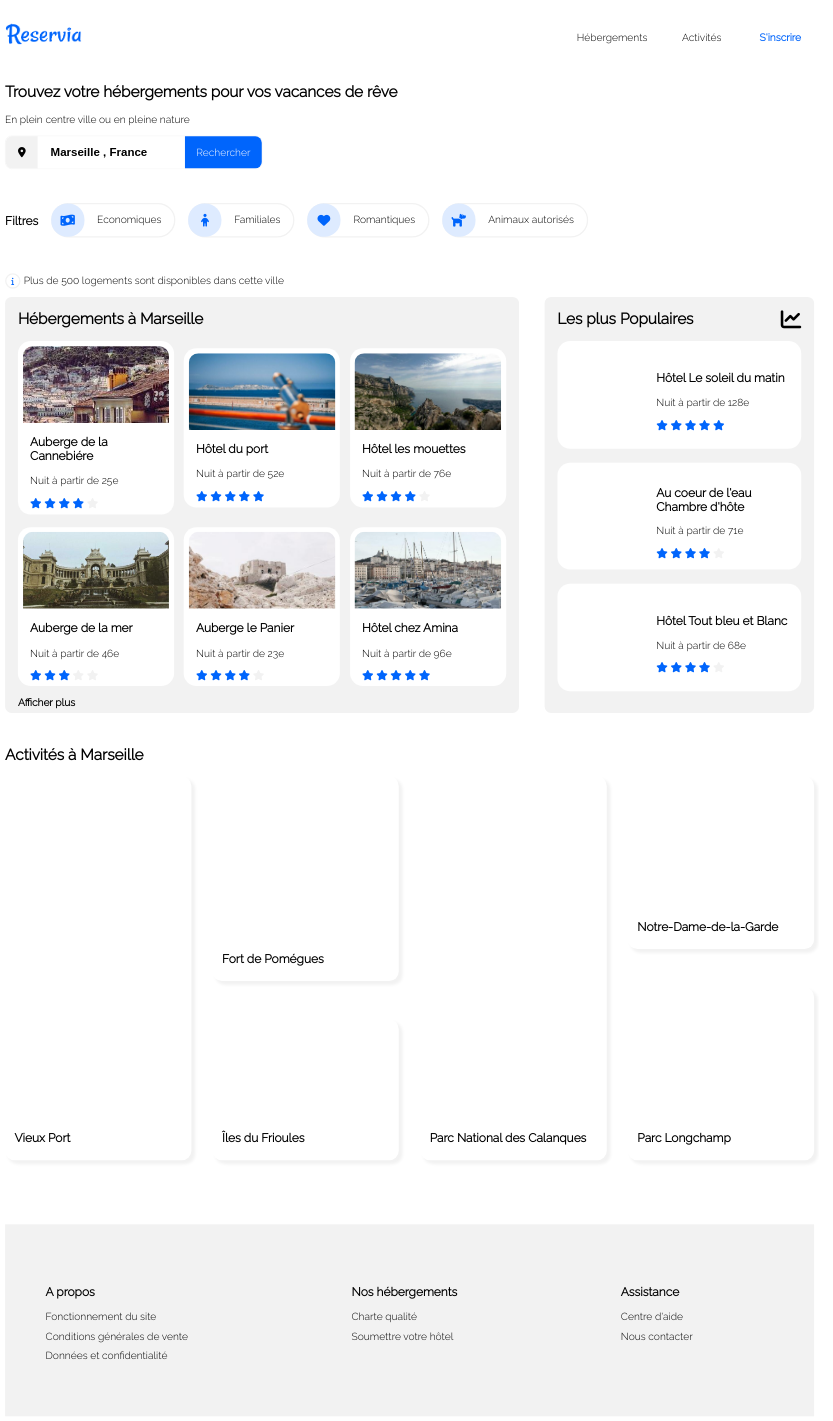
Repository: jaydeeonghub/DYLANBARBARISI_2_16062021
Page: index.html
The author's editor kept a copy of each file at every save. The page is drawn from the files as they stood at one save, then again after the next save.
The browser window is 1280 px wide. The page is 1280 px wide, then 1302 px, so the pictures cover 1302 px, including what lies to the right of the window. The pictures show the whole page, at 64% of full size.
Some web libraries are served in a nearby version.

Above is the page before, as saved 2021-07-14 19:30:55.

After the next save:
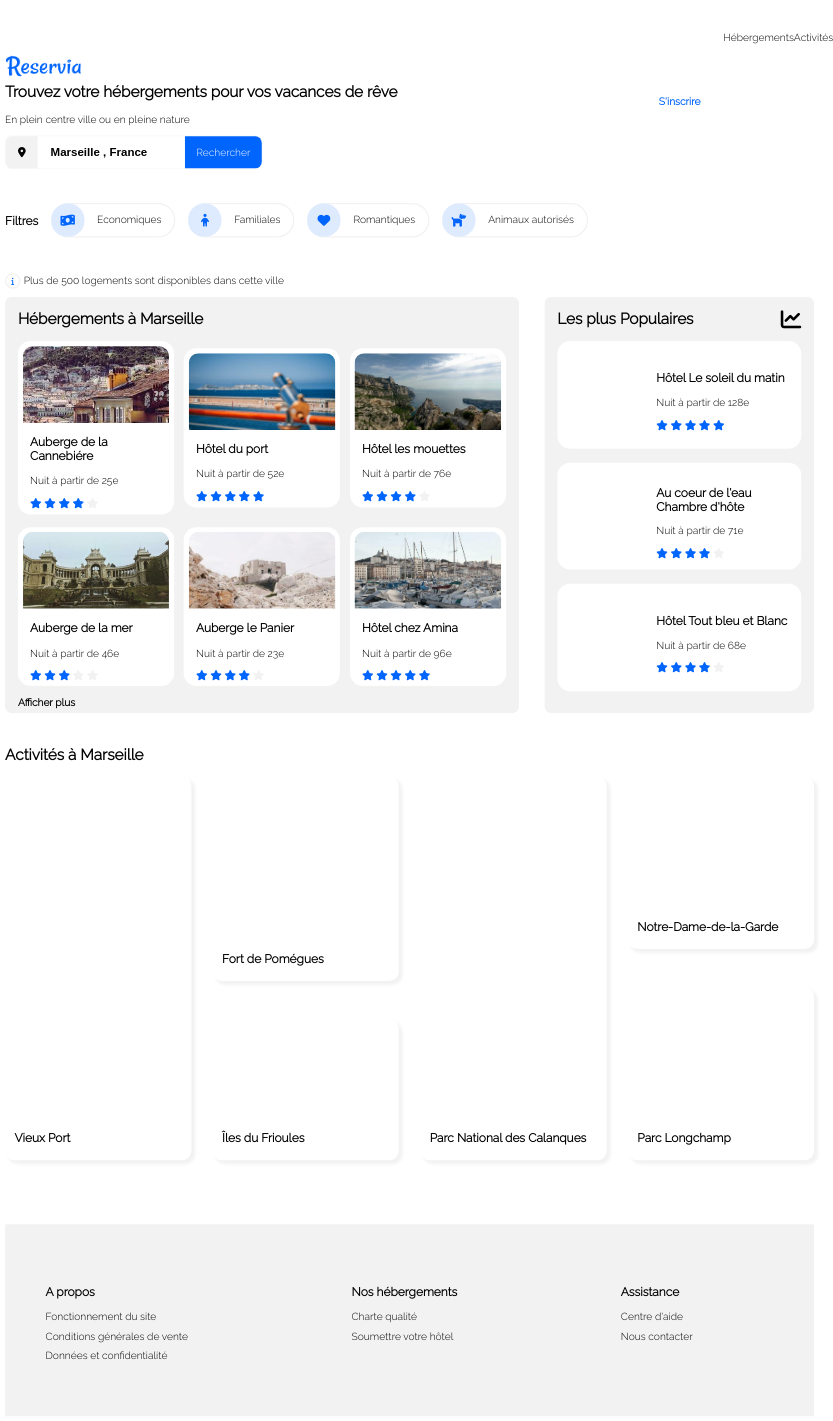
Saved 57 min 6 s later.
--- a/index.html
+++ b/index.html
@@ -12,6 +12,7 @@
     <title>Reservia</title>
 </head>
 <body>
+  <header>
   <nav class="sizeNav">
     <div class="sizeLiens flexBetween">
       <div>
@@ -23,6 +24,7 @@
           height="50px"
         />
       </div>
+      <div>
       <div class="sizeLien12 flexCentre">
         <div class="sizeLien flexCentre bordureNav">
           <a class="colorLien2 decorationNone" href="#hebergements"
@@ -37,9 +39,11 @@
         <a class="texteGras colorBleu decorationNone" href="#">S'inscrire</a>
       </div>
     </div>
+    </div>
   </nav>
-  <header>
-    <section>
+</header>
+<main>
+<section>
       <div>
         <h1 class="texteGras">
           Trouvez votre hébergements pour vos vacances de rêve
@@ -91,7 +95,6 @@
         <p>Plus de 500 logements sont disponibles dans cette ville</p>
       </div>
     </section>
-  </header>
   <section id="hebergements" class="flexAround">
     <div class="flexColumnAround sizeHebergements backGris blocHebergements">
       <h2>Hébergements à Marseille</h2>
@@ -284,6 +287,7 @@
       </div>
     </div>
   </section>
+</main>
   <footer>
     <div class="footer backGris flexBetween">
       <div class="margeBlocFoot1 tailleBlocFoot">
